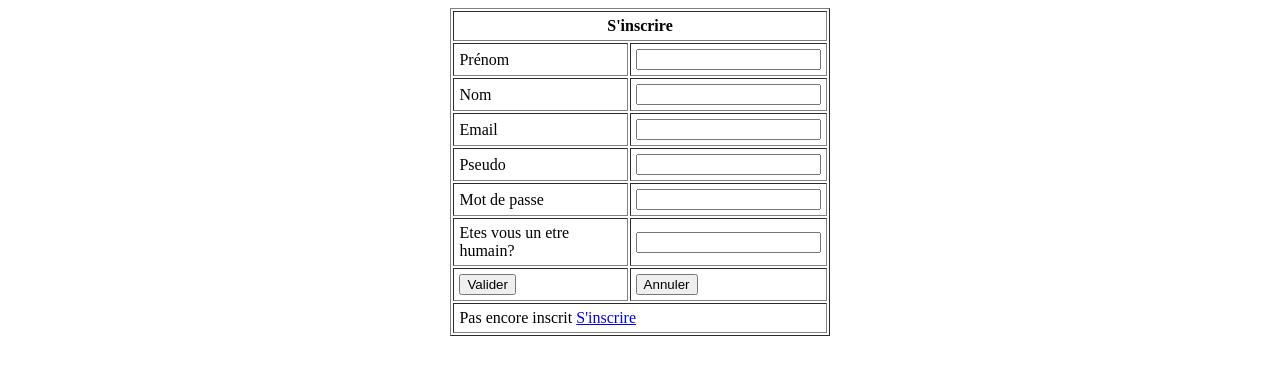
Repository: t2isoft/Login-jee
Page: http://localhost/spring-security-loginform-database/WEB-INF/pages/reg.jsp
The author's editor kept a copy of each file at every save. The page is drawn from the files as they stood at one save, then again after the next save.
The browser window is 1280 px wide. The pictures show the whole page.
The page is served by Tomcat 9. Nobody is signed in. Other server files are loaded and not shown. The template is opened directly, without the code that normally fills it, so the values that code supplies are empty.

Above is the page before, as saved 2015-11-24 09:13:00.

### spring-security-loginform-database/src/main/webapp/WEB-INF/pages/reg.jsp
<%@page contentType="text/html" pageEncoding="UTF-8"%>
<!DOCTYPE html>
<html>
    <head>
        <meta http-equiv="Content-Type" content="text/html; charset=UTF-8">
        <title>Inscrition</title>
            <script type="text/javascript">
		    var a = Math.ceil(Math.random() * 10);
		    var b = Math.ceil(Math.random() * 10);
		    var c = a + b
		    function DrawBotBoot()
		    {
		        document.write("Quel est le resultat de "+ a + " + " + b +" ? ");
		        document.write("<input id='BotBootInput' type='text' maxlength='2' size='2'/>");
		    }
		    function ValidBotBoot(){
		        var d = document.getElementById('BotBootInput').value;
		        if (d == c) return true;
		        return false;

		    }
		    </script>
    </head>
    <body>
        <form method="get" action="registration">
            <center>
            <table border="1" width="30%" cellpadding="5">
                <thead>
                    <tr>
                        <th colspan="2">S'inscrire</th>
                    </tr>
                </thead>
                <tbody>
                    <tr>
                        <td>Prénom</td>
                        <td><input type="text" name="fname" value="" /></td>
                    </tr>
                    <tr>
                        <td>Nom</td>
                        <td><input type="text" name="lname" value="" /></td>
                    </tr>
                    <tr>
                        <td>Email</td>
                        <td><input type="text" name="email" value="" /></td>
                    </tr>
                    <tr>
                        <td>Pseudo</td>
                        <td><input type="text" name="uname" value="" /></td>
                    </tr>
                    <tr>
                        <td>Mot de passe</td>
                        <td><input type="password" name="pass" value="" /></td>
                    </tr>
                    <tr>
                        <td>Etes vous un etre humain?</td>
                        <td><input type="password" name="pass" value="" /></td>
                    </tr>
                    <tr>
                        <td><input type="submit" value="Valider" /></td>
                        <td><input type="reset" value="Annuler" /></td>
                    </tr>
                    <tr>
                        <td colspan="2">Pas encore inscrit <a href="index">S'inscrire</a></td>
                    </tr>
                </tbody>
            </table>
            </center>
        </form>
    </body>
</html>

After the next save:
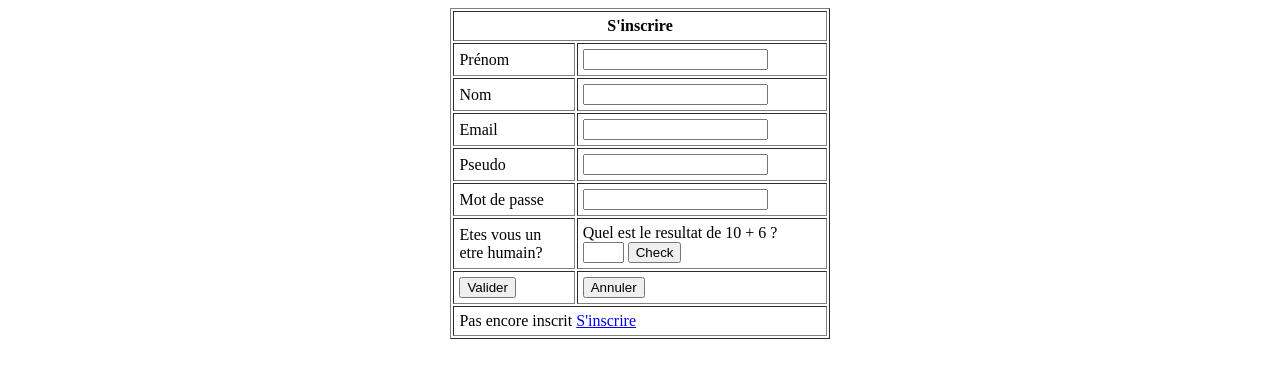
Saved 28 s later.
--- a/spring-security-loginform-database/src/main/webapp/WEB-INF/pages/reg.jsp
+++ b/spring-security-loginform-database/src/main/webapp/WEB-INF/pages/reg.jsp
@@ -53,7 +53,8 @@
                     </tr>
                     <tr>
                         <td>Etes vous un etre humain?</td>
-                        <td><input type="password" name="pass" value="" /></td>
+                        <td><script type="text/javascript">DrawBotBoot()</script>
+						<span> <input id="Button1" type="button" value="Check" onclick="alert(ValidBotBoot());"/> </span></td>
                     </tr>
                     <tr>
                         <td><input type="submit" value="Valider" /></td>
